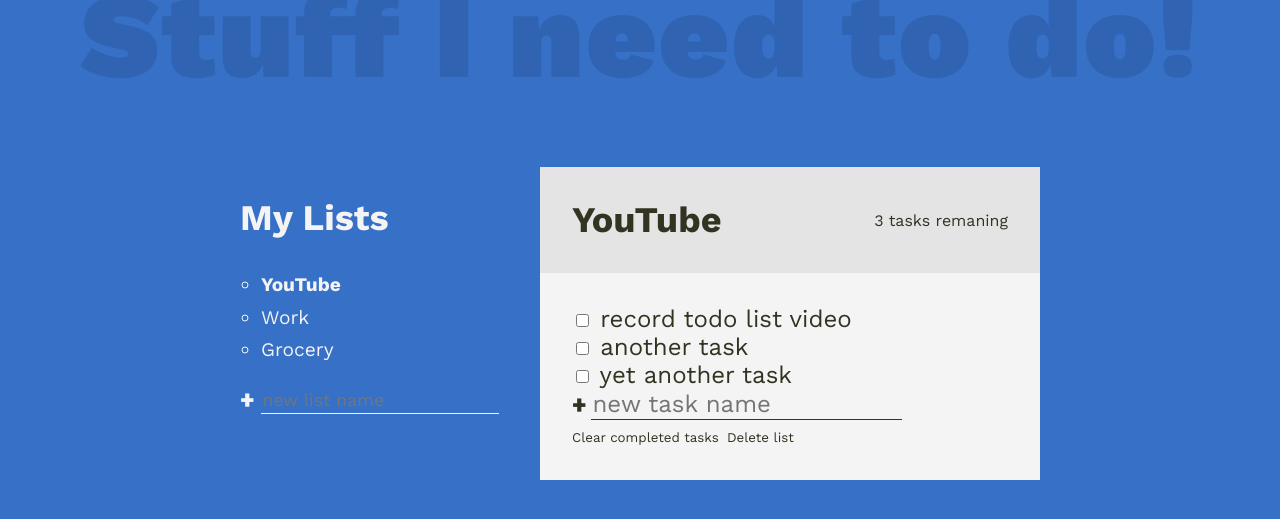
Repository: PratypartyY2K/JavaScript-Projects
Page: Better-ToDo-App/index.html
The author's editor kept a copy of each file at every save. The page is drawn from the files as they stood at one save, then again after the next save.
The browser window is 1280 px wide. The pictures show the whole page.

Above is the page before, as saved 2021-07-06 01:10:09.

### Better-ToDo-App/index.html
<!DOCTYPE html>
<html lang="en">
  <head>
    <meta charset="UTF-8" />
    <meta http-equiv="X-UA-Compatible" content="IE=edge" />
    <meta name="viewport" content="width=device-width, initial-scale=1.0" />
    <link rel="stylesheet" href="styles.css" />
    <title>ToDo App</title>
  </head>

  <body>
    <h1 class="title">Stuff I need to do!</h1>
    <div class="all-tasks">
      <h2 class="task-list-title">My Lists</h2>
      <ul class="task-list">
        <li class="list-name active-list">YouTube</li>
        <li class="list-name">Work</li>
        <li class="list-name">Grocery</li>
      </ul>

      <form action="">
        <input
          type="text"
          class="new list"
          placeholder="new list name"
          aria-label="new list name"
        />
        <button class="btn list" aria-label="create new list">+</button>
      </form>
    </div>

    <div class="todo-list">
      <div class="todo-header">
        <h2 class="list-title">YouTube</h2>
        <p class="task-count">3 tasks remaning</p>
      </div>

      <div class="todo-body">
        <div class="tasks">
          <div class="task">
            <input type="checkbox" id="task-1" />
            <label for="task-1">
              <span class="custom-checkbox"></span>
              record todo list video
            </label>
          </div>
          <!-- close task-1-->

          <div class="task">
            <input type="checkbox" id="task-2" />
            <label for="task-2">
              <span class="custom-checkbox"></span>
              another task
            </label>
          </div>
          <!-- close task-2-->

          <div class="task">
            <input type="checkbox" id="task-3" />
            <label for="task-3">
              <span class="custom-checkbox"></span>
              yet another task
            </label>
          </div>
          <!-- close task-3-->
        </div>

        <div class="new-task-creator">
          <form action="">
            <input
              type="text"
              class="new task"
              placeholder="new task name"
              aria-label="new task name"
            />
            <button class="btn create" aria-label="create new task">+</button>
          </form>
        </div>

        <div class="delete-stuff">
          <button class="btn delete">Clear completed tasks</button>
          <button class="btn delete">Delete list</button>
        </div>
      </div>
    </div>
  </body>
</html>

### Better-ToDo-App/styles.css
@import url('https://fonts.googleapis.com/css2?family=Work+Sans:wght@400;700;900&display=swap');

:root {
    --clr-primary: rgb(54, 112, 199);
    --clr-light: #f4f4f4;
    --clr-dark: #332;
    --clr-warning: rgb(99, 36, 36);
}

*,
*::before,
*::after {
    font-family: inherit;
    box-sizing: border-box;
}

body {
    margin: 0;
    font-family: "Work Sans", sans-serif;
    font-weight: 300;
    font-size: 1.5rem;
    background-color: var(--clr-primary);
    color: var(--clr-light);

    display: grid;
    grid:
    "header header header header" auto
    "...... lists  active ......" auto /
    1fr minmax(100px, 300px) minmax(250px, 500px) 1fr;
}

.title {
    grid-area: header;
    text-align: center;
    font-size: calc(7vw + 2rem);
    font-weight: 900;
    color: rgba(0,0,0,0.1);
    letter-spacing: 2px;
    margin: -0.3em 0 0.5em;
}

.all-tasks {
    grid-area: lists;
}

.task-list {
    font-size: 1.2rem;
    line-height: 1.7;
    list-style: circle;
    padding-left: 1.1em;
}

.list-name {
    cursor: pointer;
}

.list-name:hover {
    opacity: 0.7;
}

form {
    display: flex;
}

.btn {
    cursor: pointer;
    background: 0;
    border: 0;
    padding: 0;
    color: inherit;
}

.btn.create {
    font-size: 1.5rem;
    font-weight: 900;
    margin-right: 0.25rem;
    transition: opacity 250ms ease-in;
}


.btn.create:hover {
    opacity: 0.7;
}

.btn.list {
    font-size: 1.5rem;
    font-weight: 900;
    margin-right: 0.25em;
    transition: opacity 250ms ease-in;
}

.btn.list:hover {
    opacity: 0.7;
}

.new {
    background: transparent;
    border: 0;
    color: inherit;
    border-bottom: 1px solid currentColor;
    font-size: inherit;
    outline: none;

    transition: border-bottom 250ms ease-in;
    order: 2;
}

.new:focus {
    border-bottom-width: 3px;
}

.new:focus::placeholder {
    opacity: 0.2;
}

.new.list {
    font-size: 1.1rem;
}

.active-list {
    font-weight: 700;
}

.todo-list {
    --spacer: 2rem;
    grid-area: active;
    background: var(--clr-light);
    color: var(--clr-dark);
}

.todo-header {
    padding: var(--spacer);
    background: #e4e4e4;
    display: flex;
    align-items: center;
    justify-content: space-between;
}

.list-title {
    margin: 0 1rem 0 0;
}

.task-count {
    margin: 0;
    font-size: 1rem;
}

.todo-body {
    padding: var(--spacer);
}

After the next save:
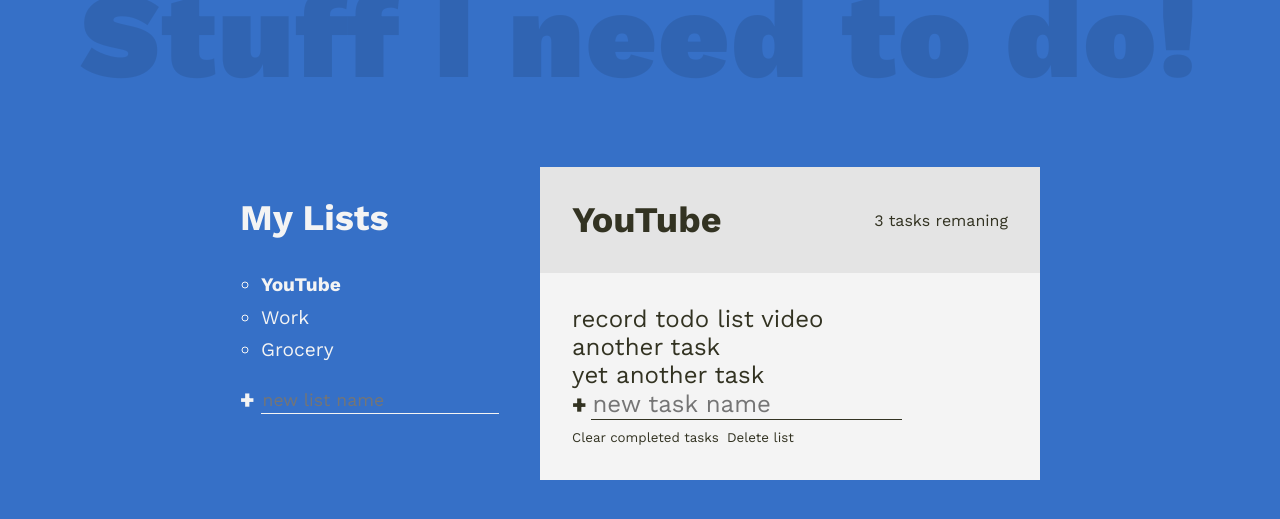
Saved 40 s later.
--- a/Better-ToDo-App/styles.css
+++ b/Better-ToDo-App/styles.css
@@ -148,3 +148,8 @@
 .todo-body {
     padding: var(--spacer);
 }
+
+[type="checkbox"] {
+    opacity: 0;
+    position: absolute;
+}
